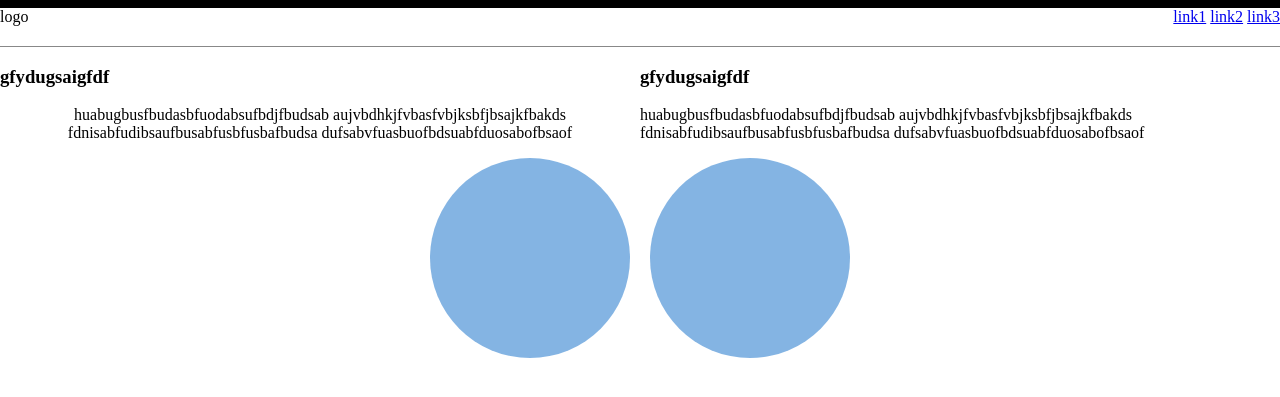
Repository: Gumiin/studia
Page: lesson 2/index.html
The author's editor kept a copy of each file at every save. The page is drawn from the files as they stood at one save, then again after the next save.
The browser window is 1280 px wide. The pictures show the whole page.

Above is the page before, as saved 2021-03-17 17:30:40.

### lesson 2/index.html
<!DOCTYPE html>
<html lang="en">
<head>
    <meta charset="UTF-8">
    <meta http-equiv="X-UA-Compatible" content="IE=edge">
    <meta name="viewport" content="width=device-width, initial-scale=1.0">
    <title>Document</title>
    <link rel="stylesheet" href="style.css">
</head>
<body>
    <div id="header-bar"></div>
    <div id="header">
        <div id="logo">
            logo
        </div>
        <div id="navigation">
            <a href="#">link1</a>
            <a href="#">link2</a>
            <a href="#">link3</a>
        </div>
    </div>
    <div id="news">
        <div id="news1">
            <h3>gfydugsaigfdf</h3>
            <p>huabugbusfbudasbfuodabsufbdjfbudsab
                aujvbdhkjfvbasfvbjksbfjbsajkfbakds
                fdnisabfudibsaufbusabfusbfusbafbudsa
                dufsabvfuasbuofbdsuabfduosabofbsaof
            </p>
        </div>
        <div id="news2">
            <h3>gfydugsaigfdf</h3>
            <p>huabugbusfbudasbfuodabsufbdjfbudsab
                aujvbdhkjfvbasfvbjksbfjbsajkfbakds
                fdnisabfudibsaufbusabfusbfusbafbudsa
                dufsabvfuasbuofbdsuabfduosabofbsaof
            </p>
        </div>
    </div>
    <div id="circles">
        <div id="circle1"></div>
        <div id="circle2"></div>
        <div id="circle3"></div>
    </div>
</body>
</html>

### lesson 2/style.css
body{
    margin:0px
}
#header-bar{
    height: 8px;
    background-color: black;
}
#header{
    display: flex;
    justify-content: space-between;
    padding-bottom: 20px;
    border-bottom: 1px solid #888;
}
#news{
    display: flex;
}
#news1 p{
    text-align: center;
}
#circles{
    display: flex;
    justify-content: center;
}
#circle1{
    background-color:  #5094d8;
    width: 200px;
    height: 200px;
    border-radius: 50%;
    opacity: 0.7;
}
#circle2{
    background-color:  #5094d8;
    width: 200px;
    height: 200px;
    border-radius: 50%;
    opacity: 0.7;
    margin-left: 20px;
}

After the next save:
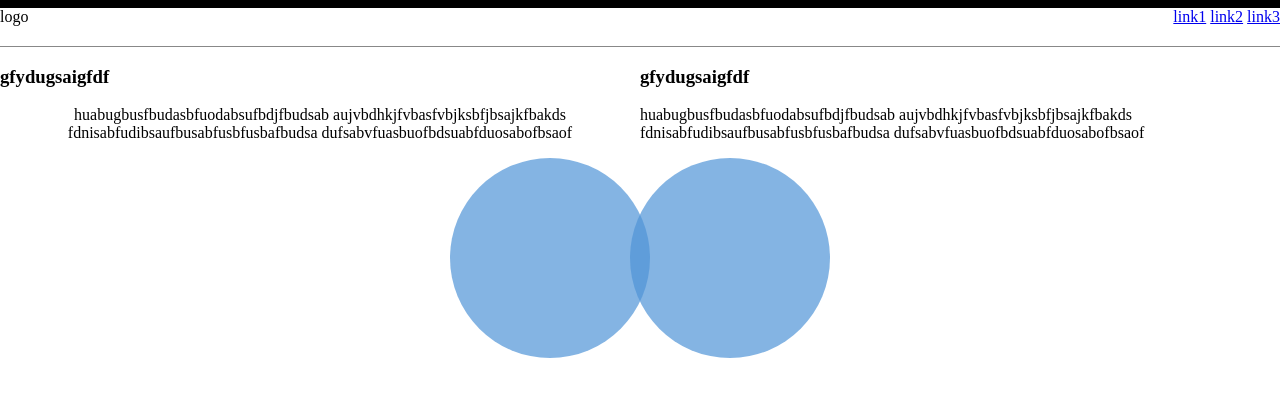
Saved 15 s later.
--- a/lesson 2/style.css
+++ b/lesson 2/style.css
@@ -34,5 +34,5 @@ body{
     height: 200px;
     border-radius: 50%;
     opacity: 0.7;
-    margin-left: 20px;
+    margin-left: -20px;
 }
